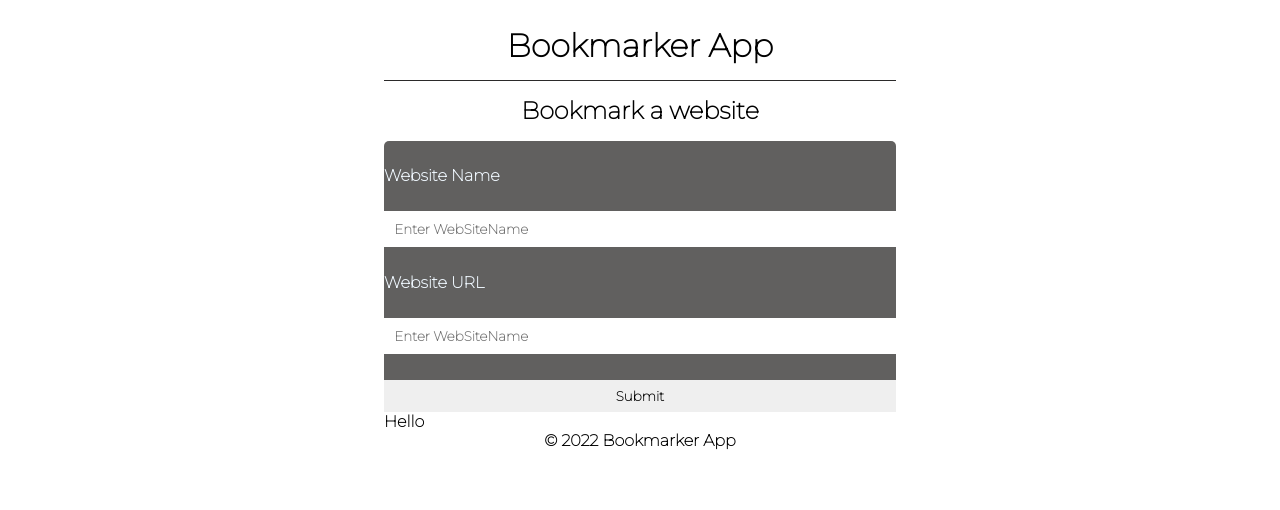
Repository: Suporl9/BookMarkerApp
Page: index.html
These files come from the project's save history. The page is drawn as it stood at one moment and after the next save; the edit follows.
The browser window is 1280 px wide. The pictures show the whole page.

Above is the page before, as saved 2021-11-21 21:18:53.

### index.html
<!DOCTYPE html>
<html lang="en">
  <head>
    <meta charset="UTF-8" />
    <meta http-equiv="X-UA-Compatible" content="IE=edge" />
    <meta name="viewport" content="width=device-width, initial-scale=1.0" />
    <link rel="stylesheet" href="./style.css" />
    <title>Document</title>
  </head>
  <body>
    <div class="container">
      <div class="innerContainer">
        <div class="ininContainer">
          <div class="bookmarkerSection"><h1>Bookmarker App</h1></div>
          <!-- <h1>Bookmarker App</h1> -->
          <div class="vh"></div>
          <div class="formInput">
            <form class="formSec">
              <h2 class="h2class">Bookmark a website</h2>
              <div class="sitesec">
                <label class="labc" name="siteName">Website Name</label>
                <input
                  type="text"
                  name="sitename"
                  placeholder="Enter WebSiteName"
                  class="inpClass"
                />
                <label class="labc" name="siteName">Website URL</label>
                <input
                  type="text"
                  name="sitename"
                  class="inpClass"
                  placeholder="Enter WebSiteName"
                />
                <button class="submBtn">Submit</button>
              </div>
            </form>
          </div>
          <div class="toBeAdded">Hello</div>
          <footer class="footer">
            <p>&copy; 2022 Bookmarker App</p>
          </footer>
        </div>
      </div>
    </div>
  </body>
</html>

### style.css
@import url("https://fonts.googleapis.com/css2?family=Montserrat:wght@100&display=swap");

:root {
  --main-bg-color: rgb(255, 255, 255);
  --main-grey: rgb(97, 96, 95);
}
* {
  font-family: "Montserrat", sans-serif;
  box-sizing: border-box; /* includes padding in height and width(the box outside doesnot get bigger when adding padding and stuff)*/
  margin: 0;
  padding: 0;
  font-weight: bold;
  border: none;
}
body {
  width: 80%;
  margin: auto;
}
.container {
  font-family: "Montserrat", sans-serif;

  display: flex;
  justify-content: center;
}
.innerContainer {
  /* display: flex;
  flex-direction: column; */
  width: 50%;
  margin: auto;
  /* justify-content: center;
  align-self: center; */
}
.ininContainer {
  display: flex;
  flex-direction: column;
  margin-top: 5%;
  /* align-content: center; */
  /* justify-content: center; */
}
.bookmarkerSection {
  display: flex;
  justify-content: center;
}
.vh {
  border-bottom: 1px solid rgb(43, 42, 42);
  margin-top: 3%;
}
/* .formInput {
  display: flex;
  flex-direction: column;
  justify-content: center;
} */
.h2class {
  align-self: center;
  margin-bottom: 3%;
}
.formSec {
  display: flex;
  flex-direction: column;
  margin-top: 3%;
  /* justify-content: end; */
  /* width: 0%; */
  /* align-content: center; */
}
.sitesec {
  display: flex;
  flex-direction: column;
  background-color: var(--main-grey);
  padding: rem;
  border-radius: 5px;
  color: aliceblue;
}
.submBtn {
  margin-top: 5%;
  padding: 0.5rem;
}
.inpClass {
  margin-top: 5%;
  padding: 2%;
}
.labc {
  margin-top: 5%;
}
.footer {
  align-self: center;
}
/* .formSec,
.sitesec {
  display: flex;
  flex-direction: column;
} */
/* .sitesec {
  display: flex;
  flex-direction: column;
}
 */

After the next save:
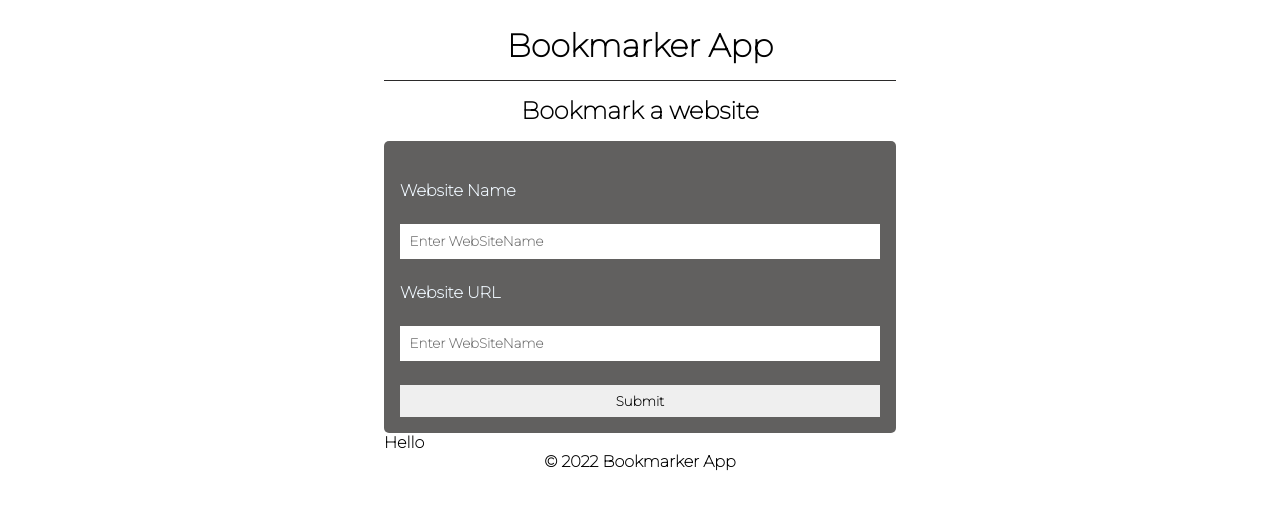
Saved 4 s later.
--- a/style.css
+++ b/style.css
@@ -66,7 +66,7 @@ body {
   display: flex;
   flex-direction: column;
   background-color: var(--main-grey);
-  padding: rem;
+  padding: 1rem;
   border-radius: 5px;
   color: aliceblue;
 }
